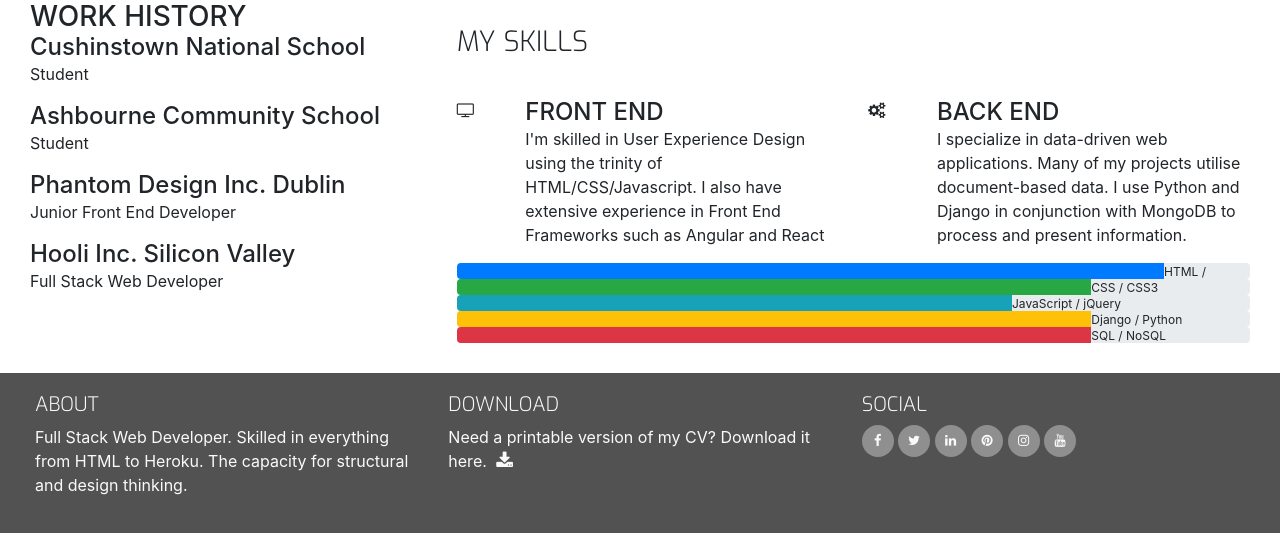
Repository: mark-joyce/portfolio
Page: resume.html
The author's editor kept a record of every edit. The page is drawn from the files as they stood at one moment, then again after the next edit.
The browser window is 1280 px wide. The pictures show the part of the page from y = 369 to 902 px (the page is 902 px tall).
Some web libraries are served in a nearby version.

Above is the page before.

### resume.html
<!DOCTYPE html>
<html lang="en">
<head>
    <meta charset="UTF-8">
    <meta name="viewport" content="width=device-width, initial-scale=1.0">
    <meta http-equiv="X-UA-Compatible" content="ie=edge">
    <link rel="stylesheet" href="https://maxcdn.bootstrapcdn.com/bootstrap/4.2.1/css/bootstrap.min.css" type="text/css" />
    <link rel="stylesheet" href="https://maxcdn.bootstrapcdn.com/font-awesome/4.7.0/css/font-awesome.min.css" type="text/css" />
    <link rel="stylesheet" href="https://cdnjs.cloudflare.com/ajax/libs/hover.css/2.1.1/css/hover-min.css" type="text/css" />
    <link rel="stylesheet" href="assets/css/style.css">
    <title>Mark Joyce</title>
</head>
<body>
    <header>
        <div class="row no-gutters">
            <a class="col-md-4 logo" href="02-index.html"></a>
            <div class="col-md-8">
                <div class="row no-gutters bg-color-name-title">
                    <div class="col heading">
                        <h1 class="name">Mark Joyce</h1>
                        <h2 class="title"> Full Stack Developer</h2>
                    </div>
                </div>
                <div class="row no-gutters">
                    <div class="col">
                        <ul id="nav" class="list-inline menucontainer">
                            <li class="col-6 col-sm-3 list-inline-item ui-menu-color-home menuitem">
                                <a href="index.html" class="hvr-sweep-to-bottom"><i class="fa fa-home" aria-hidden="true"></i><span>Home</span></a>
                            </li>
                            <li class="col-6 col-sm-3 list-inline-item ui-menu-color-resume menuitem">
                                <a href="resume.html" class="hvr-sweep-to-bottom"><i class="fa fa-graduation-cap" aria-hidden="true"></i><span>Resume</span></a>
                            </li>
                            <li class="col-6 col-sm-3 list-inline-item ui-menu-color-contact menuitem">
                                <a href="contact.html" class="hvr-sweep-to-bottom"><i class="fa fa-comment-o" aria-hidden="true"></i><span>Contact</span></a>
                            </li>
                            <li class="col-6 col-sm-3 list-inline-item ui-menu-color-download menuitem">
                                <a href="assets/cv/sample-cv.pdf" target="_blank" class="hvr-sweep-to-bottom"><i class="fa fa-download" aria-hidden="true"></i><span>Download CV</span></a>
                            </li>
                        </ul>
                    </div>
                </div>
            </div>
        </div>
    </header>
    <section class="container-fluid">
        <div class="row">
            <div class="col-md-4 bg-color-work-history section-column">
                <div class="row">
                    <div class="col-12">
                        <h3 class="history-heading uppercase">
                            Work History
                        </h3>
                    </div>
                </div>
                <div class="history-items">
                    <div class="timeline-item" data-dates="08/2005 - 06/2013">
                        <h4>Cushinstown National School</h4>
                        <p>Student</p>
                    </div>
                    <div class="timeline-item" data-dates="08/2013 - 06/2019">
                        <h4>Ashbourne Community School</h4>
                        <p>Student</p>
                    </div>
                    <div class="timeline-item" data-dates="06/2008 - 06/2011">
                        <h4>Phantom Design Inc. Dublin</h4>
                        <p>Junior Front End Developer</p>
                    </div>
                    <div class="timeline-item" data-dates="06/2011 - Present">
                        <h4>Hooli Inc. Silicon Valley</h4>
                        <p>Full Stack Web Developer</p>
                    </div>
                </div>
            </div>
            <div class="col-md-8 bg-color-three-reasons section-column">
                <div class="row">
                    <div class="col">
                        <h3 class="section-heading uppercase">My Skills</h3>
                    </div>
                </div>
                <div class="row">
                    <div class="col-10 offset-1 offset-sm-0 col-sm-4 col-md-6">
                        <div class="row">
                            <div class="col-2">
                                <i class="three-reasons-icon fa fa-tv" aria-hidden="true"></i>
                            </div>
                            <div class="col-10">
                                <h4 class="three-reasons-heading uppercase">Front End</h4>
                                <p>
                                    I'm skilled in User Experience Design using the trinity of HTML/CSS/Javascript. I also have extensive experience in Front End Frameworks such as Angular and React
                                </p>
                            </div>
                        </div>
                    </div>
                    <div class="col-10 offset-1 offset-sm-0 col-sm-4 col-md-6">
                        <div class="row">
                            <div class="col-2">
                                <i class="three-reasons-icon fa fa-gears" aria-hidden="true"></i>
                            </div>
                            <div class="col-10">
                                <h4 class="three-reasons-heading uppercase">Back End</h4>
                                <p>
                                    I specialize in data-driven web applications. Many of my projects utilise document-based data. I use Python and Django in conjunction with MongoDB to process and present information.
                                </p>
                            </div>
                        </div>
                    </div>
                </div>
                <div class="row progress-section">
                    <div class="col">
                        <div class="progress">
                            <div class="progress-bar" role="progressbar" aria-valuenow="90" aria-valuemin="0" aria-valuemax="100" style="width:90%;">
                                <span class="sr-only">90% complete</span>
                            </div>
                            <span class="progress-type">HTML / HTML5</span>
                        </div>
                        <div class="progress">
                            <div class="progress-bar bg-success" role="progressbar" aria-valuenow="80" aria-valuemin="0" aria-valuemax="100" style="width:80%;">
                                <span class="sr-only">80% complete</span>
                            </div>
                            <span class="progress-type">CSS / CSS3</span>
                        </div>
                        <div class="progress">
                            <div class="progress-bar bg-info" role="progressbar" aria-valuenow="70" aria-valuemin="0" aria-valuemax="100" style="width:70%;">
                                <span class="sr-only">70% complete</span>
                            </div>
                            <span class="progress-type">JavaScript / jQuery</span>
                        </div>
                        <div class="progress">
                            <div class="progress-bar bg-warning" role="progressbar" aria-valuenow="80" aria-valuemin="0" aria-valuemax="100" style="width:80%;">
                                <span class="sr-only">80% complete</span>
                            </div>
                            <span class="progress-type">Django / Python</span>
                        </div>
                        <div class="progress">
                            <div class="progress-bar bg-danger" role="progressbar" aria-valuenow="80" aria-valuemin="0" aria-valuemax="100" style="width:80%;">
                                <span class="sr-only">80% complete</span>
                            </div>
                            <span class="progress-type">SQL / NoSQL</span>
                        </div>
                    </div>
                </div>
            </div>
        </div>

    </section>
    <footer class="container-fluid">
        <div id="footer-details" class="row">
            <div class="col-sm-4">
                <h5 class="uppercase general-sub">About</h5>
                <p class="inline-block">
                    Full Stack Web Developer. Skilled in everything from HTML to Heroku. The capacity for structural and design thinking.
                </p>
            </div>
            <div class="col-sm-4">
                <h5 class="uppercase general-sub">Download</h5>
                <p class="inline-block">
                    Need a printable version of my CV? Download it here.
                    <a href="assets/cv/sample-cv.pdf" target="_blank" class="cv-pdf">
                        <i class="fa fa-download" aria-hidden="true"></i>
                        <span class="sr-only">Download link.</span>
                    </a>
                </p>
            </div>
            <div class="col-sm-4">
                <h5 class="uppercase general-sub">Social</h5>
                <ul class="list-inline social-links">
                    <li class="list-inline-item">
                        <a target="_blank" href="#">
                            <i class="fa fa-facebook" aria-hidden="true"></i>
                            <span class="sr-only">Facebook</span>
                        </a>
                    </li>
                    <li class="list-inline-item">
                        <a target="_blank" href="#">
                            <i class="fa fa-twitter" aria-hidden="true"></i>
                            <span class="sr-only">Twitter</span>
                        </a>
                    </li>
                    <li class="list-inline-item">
                        <a target="_blank" href="#">
                            <i class="fa fa-linkedin" aria-hidden="true"></i>
                            <span class="sr-only">LinkedIn</span>
                        </a>
                    </li>
                    <li class="list-inline-item">
                        <a target="_blank" href="#">
                            <i class="fa fa-pinterest" aria-hidden="true"></i>
                            <span class="sr-only">Pinterest</span>
                        </a>
                    </li>
                    <li class="list-inline-item">
                        <a target="_blank" href="#">
                            <i class="fa fa-instagram" aria-hidden="true"></i>
                            <span class="sr-only">Instagram</span>
                        </a>
                    </li>
                    <li class="list-inline-item">
                        <a target="_blank" href="#">
                            <i class="fa fa-youtube" aria-hidden="true"></i>
                            <span class="sr-only">YouTube</span>
                        </a>
                    </li>
                </ul>
            </div>
        </div>
    </footer>
</body>
</html>

### assets/css/style.css
@import url('https://fonts.googleapis.com/css?family=Roboto:100,200,300,400,500,600,700|Exo:100,200,300,400,500,600,700');

/*--------------------------------------------Colors*/

.bg-color-name-title {
    background-color: #676767;
}

.bg-color-three-reasons {
    background-color: #fff;
}

.ui-menu-color-home {
    background-color: #e67e22;
}

.ui-menu-color-resume {
    background-color: #9b59b6;
}

.ui-menu-color-contact {
    background-color: #3498db;
}

.ui-menu-color-download {
    background-color: #525252;
}

/* ----------------------------------------Special paddings/margins/text */

h1,
h2,
h3,
h4 {
    margin: 0;
}

.uppercase {
    text-transform: uppercase;
}

.general-sub {
    font-family: "Exo", sans-serif;
    font-weight: 300;
    color: #fafafa;
}

.inline-block {
    display: inline-block;
}

.row-table {
    display: table;
}

.section-column {
    display: table-cell;
    padding: 0 30px 30px;
    float: none;
}

.section-heading {
    font-family: "Exo", sans-serif;
    font-weight: 300;
    margin-top: 25px;
    margin-bottom: 40px;
}

/*--------------------------------------------Heading*/

header {
    margin: 0;
}

.heading {
    margin-left: 50px;
}

.logo {
    background: url("https://github.com/Code-Institute-Solutions/resume-miniproject-bootstrap4/blob/master/09-adding-footer-content/assets/images/rosie.jpg?raw=true");
    background-position: center;
    background-repeat: no-repeat;
    background-size: cover;
    min-height: 360px;
    transition: all .5s ease-in-out;
    -moz-transition: all .5s ease-in-out;
    -webkit-transition: all .5s ease-in-out;
}

.name {
    font-family: "Exo", sans-serif;
    font-weight: 100;
    font-size: 46px;
    margin-top: 50px;
    color: #fff;
}

.title {
    font-family: "Roboto", sans-serif;
    font-weight: 200;
    font-size: 28px;
    margin-top: 20px;
    margin-bottom: 90px;
    color: #fff;
}

.list-inline-item:not(:last-child) {
    margin: 0;
}

.menucontainer {
    font-size: 0;
}

#nav li {
    font-size: 14px;
    padding: 0;
}

#nav {
    margin: 0;
}

.menuitem {
    height: 120px;
    text-align: center;
    padding: 0;
}

.menuitem a {
    width: 100%;
    text-decoration: none;
    color: #fff;
    height: 120px;
}

.menuitem a i {
    padding-top: 22px;
    display: block;
    color: #fafafa;
    font-size: 26px;
}

.menuitem span {
    display: block;
    width: 100%;
    padding-top: 5px;
    text-align: center;
    text-transform: uppercase;
    font-size: 14px;
    font-weight: 300;
    letter-spacing: 2px;
}

/*--------------------------------------------Hover.css*/

.hvr-sweep-to-bottom:before {
    background: rgba(0, 0, 0, 0.2);
    height: 120px;
}

/* ----------------------------------------Footer */

footer {
    background-color: #525252;
    color: #fafafa;
    min-height: 120px;
    margin: 0;
}

.cv-pdf i {
    font-size: 18px;
    color: #fafafa;
    text-align: center;
    padding-left: 5px;
    transition: all 0.35s ease-in-out;
    -moz-transition: all 0.35s ease-in-out;
    -webkit-transition: all 0.35s ease-in-out;
    -o-transition: all 0.35s ease-in-out;
}

.cv-pdf i:hover {
    color: #e84610;
}

.social-links {
    padding-bottom: 15px;
}

.social-links li a i {
    width: 32px;
    height: 32px;
    padding: 12px 0;
    border-radius: 50%;
    font-size: 13px;
    line-height: 7px;
    text-align: center;
    color: #fafafa;
    background: #8f8f8f;
    transition: all 0.35s ease-in-out;
    -moz-transition: all 0.35s ease-in-out;
    -webkit-transition: all 0.35s ease-in-out;
    -o-transition: all 0.35s ease-in-out;
}

.social-links li a i:hover {
    background: #e84610;
}

#footer-details {
    padding: 20px;
}

After the next edit:
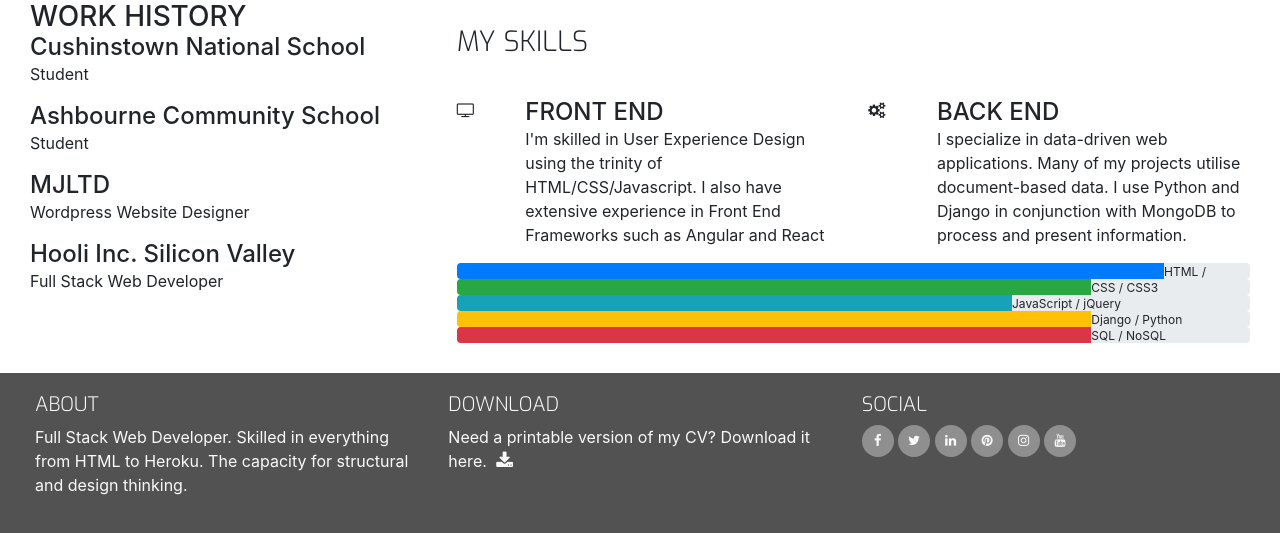
The edit:
--- a/resume.html
+++ b/resume.html
@@ -61,9 +61,9 @@
                         <h4>Ashbourne Community School</h4>
                         <p>Student</p>
                     </div>
-                    <div class="timeline-item" data-dates="06/2008 - 06/2011">
-                        <h4>Phantom Design Inc. Dublin</h4>
-                        <p>Junior Front End Developer</p>
+                    <div class="timeline-item" data-dates="06/2015 - Present">
+                        <h4>MJLTD</h4>
+                        <p>Wordpress Website Designer</p>
                     </div>
                     <div class="timeline-item" data-dates="06/2011 - Present">
                         <h4>Hooli Inc. Silicon Valley</h4>
